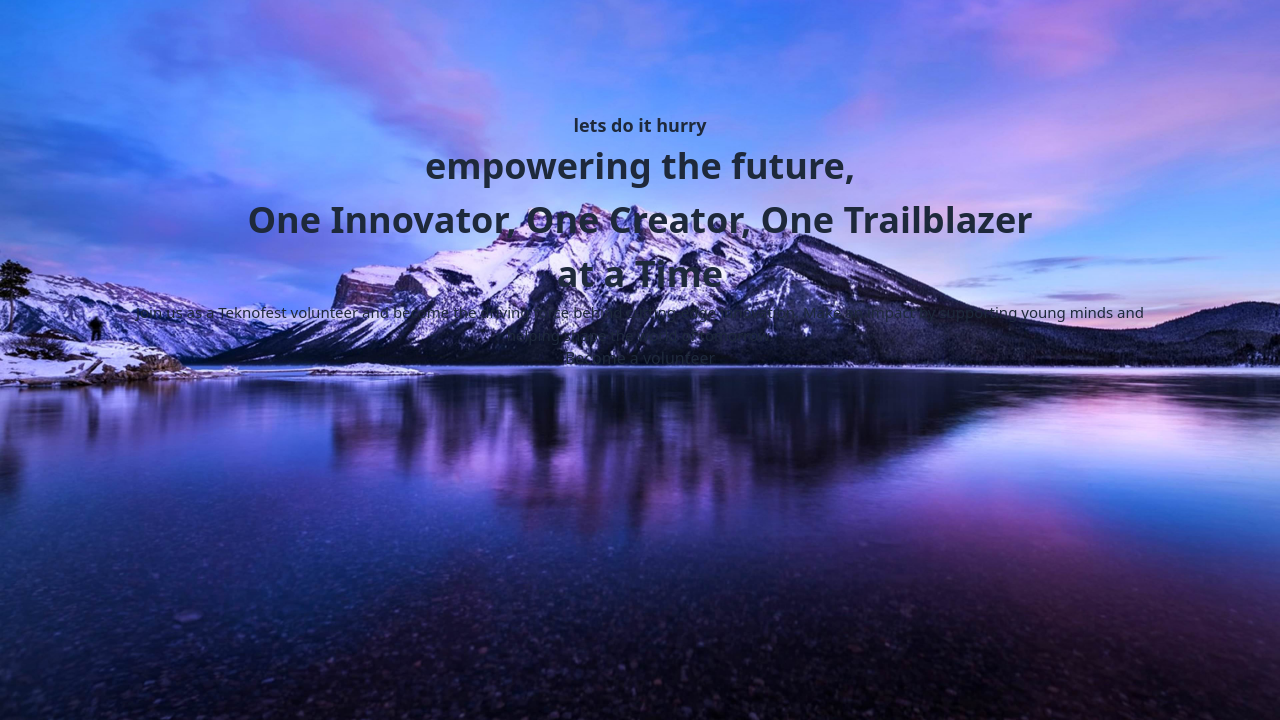
Repository: ManaheelJamil/TechnoFest-competetion
Page: /
An editor plug-in stored every save of this project. The page is shown before and after the next save, followed by the edit.
The browser window is 1280 px wide. The pictures show the whole page.
The project was rebuilt for these pictures with package versions that can differ from the ones it lists, and the page was loaded fresh each time. The framework's server and built-in components were replaced by stand-ins that run in the browser. Also part of the build but not shown: next.config.mjs.

Above is the page before, as saved 2024-10-13 13:20:15.

### app/layout.js
import localFont from "next/font/local";
import "./globals.css";
const geistSans = localFont({
  src: "./fonts/GeistVF.woff",
  variable: "--font-geist-sans",
  weight: "100 900",
});
const geistMono = localFont({
  src: "./fonts/GeistMonoVF.woff",
  variable: "--font-geist-mono",
  weight: "100 900",
});

export const metadata = {
  title: "Create Next App",
  description: "Generated by create next app",
};

export default function RootLayout({ children }) {
  return (
    <html lang="en">
      <body
        className={`${geistSans.variable} ${geistMono.variable} antialiased`}
      >

        {children}

      </body>
    </html>
  );
}

### app/page.js
import Irtizatask from "./compoenent/irtizatask";
export default function Home() {
  return (
    <div>
      <Irtizatask/>
    </div>
  );
}

### app/globals.css
@tailwind base;
@tailwind components;
@tailwind utilities;
.banner{
    background-image: url('/taskimage.jpg');
    background-position: center;
    background-size: cover;
    background-repeat: no-repeat;
    width: 100%;
    height: 100vh;
}

### app/compoenent/irtizatask.js
import React from 'react'

const Irtizatask = () => {
  return (
    <div className='flex justify-center  w-full h-100vh banner' >

        <div className='flex flex-col justify-items-center text-slate-800 text-center items-center m-28'  >
        <p className='text-[18px] font-bold'>
            lets do it hurry
        </p>
        <p className='text-[36px] font-bold'>
            empowering the future,
            <p className='text-[36px] font-bold'>
            One Innovator, One Creator, One Trailblazer
            </p>
            at a Time
        </p>

            <p className='text-[15px]'>
            Join us as a Teknofest volunteer and become the driving force behind cutting-edge innovation. Make an impact by supporting young minds and helping shape the world of tomorrow.
            </p>
            <button>
                Become a volunteer
            </button>
            </div>

    </div>
  )
}

export default Irtizatask

Loaded but not shown: tailwind.config.js (common file)

After the next save:
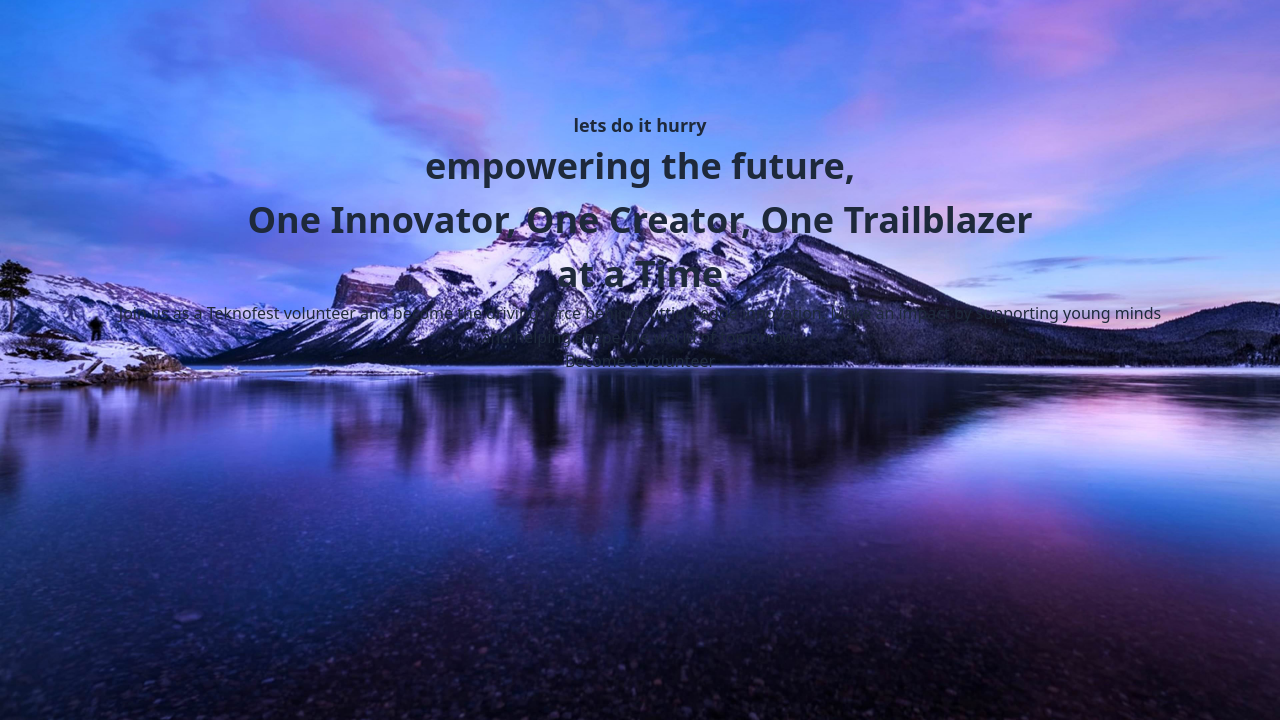
Saved 33 s later.
--- a/app/compoenent/irtizatask.js
+++ b/app/compoenent/irtizatask.js
@@ -16,7 +16,7 @@ const Irtizatask = () => {
             at a Time
         </p>
 
-            <p className='text-[15px]'>
+            <p className='text-[16px]'>
             Join us as a Teknofest volunteer and become the driving force behind cutting-edge innovation. Make an impact by supporting young minds and helping shape the world of tomorrow.
             </p>
             <button>
